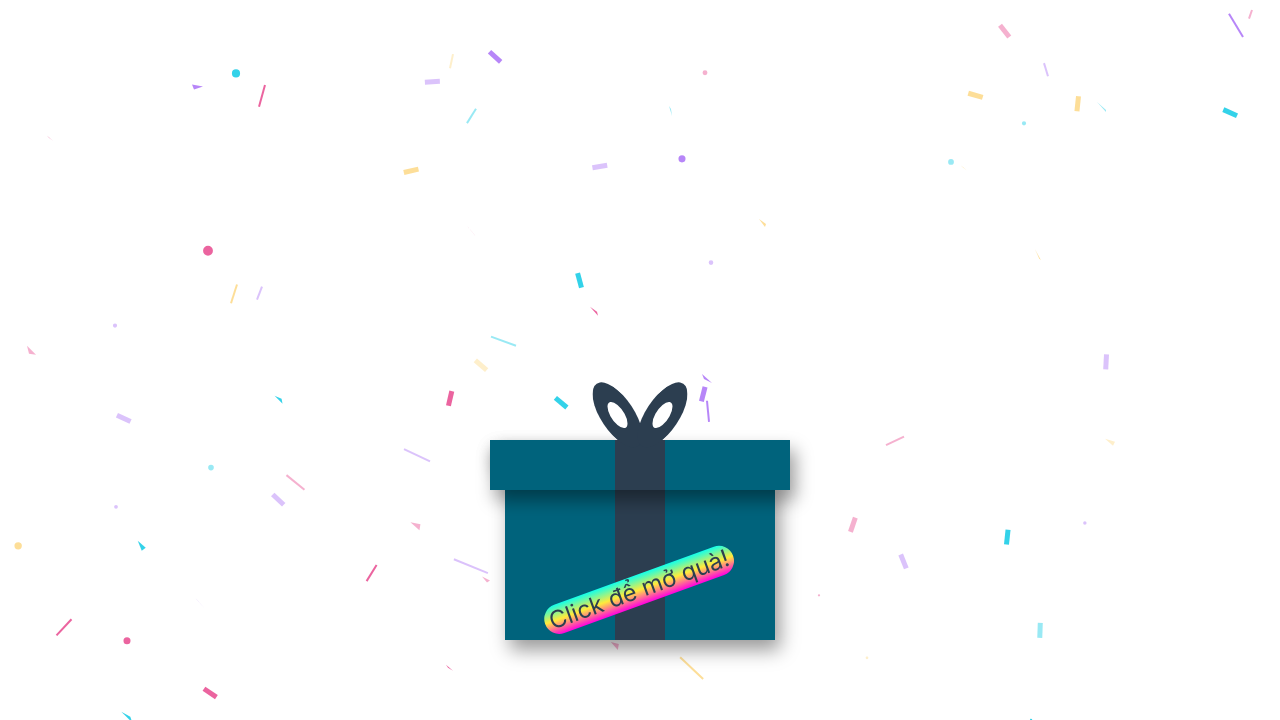
Repository: trongnghia161001/birth_day
Page: index.html
An editor plug-in stored every save of this project. The page is shown before and after the next save, followed by the edit.
The browser window is 1280 px wide. The pictures show the whole page.

Above is the page before, as saved 2022-11-14 23:38:33.

### index.html
<!DOCTYPE html>
<html>

<head>
  <meta charset="utf-8" />
  <meta name="viewport" content="width=device-width" />
  <title>Happy Birthday!</title>

  <link rel="stylesheet" href="styles/flexbox-center-container.css" media="all">
  <link rel="stylesheet" href="styles/system-fonts.css" media="all">
  <link rel="stylesheet" href="styles/style.css" media="all">
</head>

<body>
  <canvas id=c></canvas>
  <canvas id="confetti"></canvas>
  <div class="container" id="count">
    <h1 id="head">Countdown to your birthday:</h1>
    <ul>
      <li><span id="day"></span>days</li>
      <li><span id="hour"></span>hours</li>
      <li><span id="minute"></span>minutes</li>
      <li><span id="second"></span>seconds</li>
    </ul>
  </div>
  <div id="merrywrap" class="merrywrap">
    <canvas id="snowfall"></canvas>
    <div class="giftbox">
      <div class="cover">
        <div></div>

      </div>
      <div id="show"></div>
    <div class="box"></div>
  </div>
</body>
<script src="scripts/confetti.min.js" charset="utf-8"></script>
<script src="scripts/index.js" charset="utf-8"></script>
</html>

### styles/style.css
* {
  box-sizing: border-box;
  margin: 0;
  padding: 0;
}
canvas {
  position: absolute;
  top: 0;
  left: 0;
}
body {
  background: #ffffff;
  overflow: hidden;
}
.container {
  color: rgba(55, 59, 65, 0.8);
  font-family: Helvetica, sans-serif;
  font-weight: lighter;
  text-align: center;
}

h1 {
  font-weight: normal;
}
li {
  display: inline-block;
  font-size: 1.5em;
  list-style-type: none;
  padding: 1em;
  text-transform: uppercase;
}
li span {
  display: block;
  font-size: 4.5rem;
}
.merrywrap {
  position: absolute;
  right: 40px;
  left: 40px;
  bottom: 80px;
  top: 40px;
}
.giftbox {
  position: absolute;
  width: 300px;
  height: 200px;
  left: 50%;
  margin-left: -150px;
  bottom: 0;
  z-index: 10;
}


.giftbox > div {
  background: rgb(0, 99, 124);
  position: absolute;
  box-shadow: 5px 10px 18px rgba(0, 0, 0, 0.4);
}

.giftbox:hover > div {
  box-shadow: none;
  transition: 0.5s all;
}

.giftbox > div:after, .giftbox > div:before {
  position: absolute;
  content: "";
  top: 0;
}
.giftbox:after {
  position: absolute;
  color: #2C3E50;
  width: 100%;
  content: "Click để mở quà!";
  left: 50px;
  bottom: 0;
  font-size: 24px;
  text-align: center;
  transform: rotate(-20deg);
  transform-origin: 0 0;
  background: linear-gradient(#14ffe9, #ffeb3b, #ff00e0);
  height: 30px;
  width: 200px;
  border-radius: 50px;
  cursor: pointer;
}

.giftbox .cover {
  width: 100%;
  top: 0;
  left: 0;
  height: 25%;
  z-index: 2;
}
.giftbox .cover:before {
  position: absolute;
  height: 100%;
  left: 50%;
  width: 50px;
  transform: translateX(-50%);
  background: #2C3E50;
}
.giftbox .cover > div {
  position: absolute;
  width: 50px;
  height: 50px;
  left: 50%;
  top: -50px;
  transform: translateX(-50%);
}
.giftbox .cover > div:before, .giftbox .cover > div:after {
  position: absolute;
  left: 0;
  top: 0;
  width: 100%;
  height: 100%;
  content: "";
  box-shadow: inset 0 0 0 15px #2C3E50;
  border-radius: 30px;
  transform-origin: 50% 100%;
}
.giftbox .cover > div:before {
  transform: translateX(-45%) skewY(40deg);
}
.giftbox .cover > div:after {
  transform: translateX(45%) skewY(-40deg);
}
.giftbox .box {
  right: 5%;
  left: 5%;
  height: 80%;
  bottom: 0;
}
.giftbox .box:before {
  width: 50px;
  height: 100%;
  left: 50%;
  transform: translateX(-50%);
  background: #2C3E50;
}
.giftbox .box:after {
  width: 100%;
  height: 30px;
  background: rgba(0, 0, 0, 0);
}
.step-1 .giftbox {
  animation: wobble 0.5s linear infinite forwards;
}
.step-1 .cover {
  animation: wobble 0.5s linear infinite 5s forwards;
}
.step-1 .icons .row span {
  opacity: 1;
}
.step-2 .giftbox:after {
  opacity: 0;
}
.step-3 .giftbox, .step-4 .giftbox {
  opacity: 0;
  z-index: 1;
}
.step-3 .giftbox:after, .step-4 .giftbox:after {
  opacity: 0;
}
.step-2 .giftbox .cover {
  animation: flyUp 2s ease-in forwards;
}
.step-2 .giftbox .box {
  animation: flyDown 2s ease-in 0.05s forwards;
}
@keyframes wobble {
  25% {
      transform: rotate(4deg);
 }
  75% {
      transform: rotate(-2deg);
 }
}
@keyframes flyUp {
  75% {
      opacity: 1;
 }
  100% {
      transform: translateY(-1000px) rotate(20deg);
      opacity: 0;
 }
}
@keyframes flyDown {
  75% {
      opacity: 1;
 }
  100% {
      transform: translateY(100%);
      opacity: 0;
 }
}

### scripts/index.js
const count = document.getElementById('count');
const head = document.getElementById('head');
const giftbox = document.getElementById('merrywrap');
const canvasC = document.getElementById('c');

const config = {
  birthdate: 'November 14, 2022',
  name: 'Nguyễn Thị Quỳnh Nhi'
};

var htmlObj = document.getElementById('show');
htmlObj.innerHTML = htmlObj.innerHTML + '<p>Nội dung cần bổ sung</p>';

function hideEverything() {
  head.style.display = 'none';
  count.style.display = 'none';
  giftbox.style.display = 'none';
  canvasC.style.display = 'none';
}

hideEverything();

const confettiSettings = { target: 'confetti' };
const confetti = new window.ConfettiGenerator(confettiSettings);
confetti.render();

const second = 1000,
  minute = second * 60,
  hour = minute * 60,
  day = hour * 24;

let countDown = new Date(`${config.birthdate} 00:00:00`).getTime();
x = setInterval(function () {
  let now = new Date().getTime(),
    distance = countDown - now;

  document.getElementById('day').innerText = Math.floor(distance / day);
  document.getElementById('hour').innerText = Math.floor(
    (distance % day) / hour
  );
  document.getElementById('minute').innerText = Math.floor(
    (distance % hour) / minute
  );
  document.getElementById('second').innerText = Math.floor(
    (distance % minute) / second
  );

  let w = (c.width = window.innerWidth),
    h = (c.height = window.innerHeight),
    ctx = c.getContext('2d'),
    hw = w / 2, // half-width
    hh = h / 2,
    opts = {
      strings: ['HAPPY', 'BIRTHDAY!', config.name],
      charSize: 30,
      charSpacing: 35,
      lineHeight: 40,
      cx: w / 2,
      cy: h / 2,

      fireworkPrevPoints: 10,
      fireworkBaseLineWidth: 5,
      fireworkAddedLineWidth: 8,
      fireworkSpawnTime: 200,
      fireworkBaseReachTime: 30,
      fireworkAddedReachTime: 30,
      fireworkCircleBaseSize: 20,
      fireworkCircleAddedSize: 10,
      fireworkCircleBaseTime: 30,
      fireworkCircleAddedTime: 30,
      fireworkCircleFadeBaseTime: 10,
      fireworkCircleFadeAddedTime: 5,
      fireworkBaseShards: 5,
      fireworkAddedShards: 5,
      fireworkShardPrevPoints: 3,
      fireworkShardBaseVel: 4,
      fireworkShardAddedVel: 2,
      fireworkShardBaseSize: 3,
      fireworkShardAddedSize: 3,
      gravity: 0.1,
      upFlow: -0.1,
      letterContemplatingWaitTime: 360,
      balloonSpawnTime: 20,
      balloonBaseInflateTime: 10,
      balloonAddedInflateTime: 10,
      balloonBaseSize: 20,
      balloonAddedSize: 20,
      balloonBaseVel: 0.4,
      balloonAddedVel: 0.4,
      balloonBaseRadian: -(Math.PI / 2 - 0.5),
      balloonAddedRadian: -1
    },
    calc = {
      totalWidth:
        opts.charSpacing *
        Math.max(opts.strings[0].length, opts.strings[1].length)
    },
    Tau = Math.PI * 2,
    TauQuarter = Tau / 4,
    letters = [];

  ctx.font = opts.charSize + 'px Verdana';

  function Letter(char, x, y) {
    this.char = char;
    this.x = x;
    this.y = y;

    this.dx = -ctx.measureText(char).width / 2;
    this.dy = +opts.charSize / 2;

    this.fireworkDy = this.y - hh;

    let hue = (x / calc.totalWidth) * 360;

    this.color = 'hsl(hue,80%,50%)'.replace('hue', hue);
    this.lightAlphaColor = 'hsla(hue,80%,light%,alp)'.replace('hue', hue);
    this.lightColor = 'hsl(hue,80%,light%)'.replace('hue', hue);
    this.alphaColor = 'hsla(hue,80%,50%,alp)'.replace('hue', hue);

    this.reset();
  }
  Letter.prototype.reset = function () {
    this.phase = 'firework';
    this.tick = 0;
    this.spawned = false;
    this.spawningTime = (opts.fireworkSpawnTime * Math.random()) | 0;
    this.reachTime =
      (opts.fireworkBaseReachTime +
        opts.fireworkAddedReachTime * Math.random()) |
      0;
    this.lineWidth =
      opts.fireworkBaseLineWidth + opts.fireworkAddedLineWidth * Math.random();
    this.prevPoints = [[0, hh, 0]];
  };
  Letter.prototype.step = function () {
    if (this.phase === 'firework') {
      if (!this.spawned) {
        ++this.tick;
        if (this.tick >= this.spawningTime) {
          this.tick = 0;
          this.spawned = true;
        }
      } else {
        ++this.tick;

        let linearProportion = this.tick / this.reachTime,
          armonicProportion = Math.sin(linearProportion * TauQuarter),
          x = linearProportion * this.x,
          y = hh + armonicProportion * this.fireworkDy;

        if (this.prevPoints.length > opts.fireworkPrevPoints)
          this.prevPoints.shift();

        this.prevPoints.push([x, y, linearProportion * this.lineWidth]);

        let lineWidthProportion = 1 / (this.prevPoints.length - 1);

        for (let i = 1; i < this.prevPoints.length; ++i) {
          let point = this.prevPoints[i],
            point2 = this.prevPoints[i - 1];

          ctx.strokeStyle = this.alphaColor.replace(
            'alp',
            i / this.prevPoints.length
          );
          ctx.lineWidth = point[2] * lineWidthProportion * i;
          ctx.beginPath();
          ctx.moveTo(point[0], point[1]);
          ctx.lineTo(point2[0], point2[1]);
          ctx.stroke();
        }

        if (this.tick >= this.reachTime) {
          this.phase = 'contemplate';

          this.circleFinalSize =
            opts.fireworkCircleBaseSize +
            opts.fireworkCircleAddedSize * Math.random();
          this.circleCompleteTime =
            (opts.fireworkCircleBaseTime +
              opts.fireworkCircleAddedTime * Math.random()) |
            0;
          this.circleCreating = true;
          this.circleFading = false;

          this.circleFadeTime =
            (opts.fireworkCircleFadeBaseTime +
              opts.fireworkCircleFadeAddedTime * Math.random()) |
            0;
          this.tick = 0;
          this.tick2 = 0;

          this.shards = [];

          let shardCount =
              (opts.fireworkBaseShards +
                opts.fireworkAddedShards * Math.random()) |
              0,
            angle = Tau / shardCount,
            cos = Math.cos(angle),
            sin = Math.sin(angle),
            x = 1,
            y = 0;

          for (let i = 0; i < shardCount; ++i) {
            let x1 = x;
            x = x * cos - y * sin;
            y = y * cos + x1 * sin;

            this.shards.push(new Shard(this.x, this.y, x, y, this.alphaColor));
          }
        }
      }
    } else if (this.phase === 'contemplate') {
      ++this.tick;

      if (this.circleCreating) {
        ++this.tick2;
        let proportion = this.tick2 / this.circleCompleteTime,
          armonic = -Math.cos(proportion * Math.PI) / 2 + 0.5;

        ctx.beginPath();
        ctx.fillStyle = this.lightAlphaColor
          .replace('light', 50 + 50 * proportion)
          .replace('alp', proportion);
        ctx.beginPath();
        ctx.arc(this.x, this.y, armonic * this.circleFinalSize, 0, Tau);
        ctx.fill();

        if (this.tick2 > this.circleCompleteTime) {
          this.tick2 = 0;
          this.circleCreating = false;
          this.circleFading = true;
        }
      } else if (this.circleFading) {
        ctx.fillStyle = this.lightColor.replace('light', 70);
        ctx.fillText(this.char, this.x + this.dx, this.y + this.dy);

        ++this.tick2;
        let proportion = this.tick2 / this.circleFadeTime,
          armonic = -Math.cos(proportion * Math.PI) / 2 + 0.5;

        ctx.beginPath();
        ctx.fillStyle = this.lightAlphaColor
          .replace('light', 100)
          .replace('alp', 1 - armonic);
        ctx.arc(this.x, this.y, this.circleFinalSize, 0, Tau);
        ctx.fill();

        if (this.tick2 >= this.circleFadeTime) this.circleFading = false;
      } else {
        ctx.fillStyle = this.lightColor.replace('light', 70);
        ctx.fillText(this.char, this.x + this.dx, this.y + this.dy);
      }

      for (let i = 0; i < this.shards.length; ++i) {
        this.shards[i].step();

        if (!this.shards[i].alive) {
          this.shards.splice(i, 1);
          --i;
        }
      }

      if (this.tick > opts.letterContemplatingWaitTime) {
        this.phase = 'balloon';

        this.tick = 0;
        this.spawning = true;
        this.spawnTime = (opts.balloonSpawnTime * Math.random()) | 0;
        this.inflating = false;
        this.inflateTime =
          (opts.balloonBaseInflateTime +
            opts.balloonAddedInflateTime * Math.random()) |
          0;
        this.size =
          (opts.balloonBaseSize + opts.balloonAddedSize * Math.random()) | 0;

        let rad =
            opts.balloonBaseRadian + opts.balloonAddedRadian * Math.random(),
          vel = opts.balloonBaseVel + opts.balloonAddedVel * Math.random();

        this.vx = Math.cos(rad) * vel;
        this.vy = Math.sin(rad) * vel;
      }
    } else if (this.phase === 'balloon') {
      ctx.strokeStyle = this.lightColor.replace('light', 80);

      if (this.spawning) {
        ++this.tick;
        ctx.fillStyle = this.lightColor.replace('light', 70);
        ctx.fillText(this.char, this.x + this.dx, this.y + this.dy);

        if (this.tick >= this.spawnTime) {
          this.tick = 0;
          this.spawning = false;
          this.inflating = true;
        }
      } else if (this.inflating) {
        ++this.tick;

        let proportion = this.tick / this.inflateTime,
          x = (this.cx = this.x),
          y = (this.cy = this.y - this.size * proportion);

        ctx.fillStyle = this.alphaColor.replace('alp', proportion);
        ctx.beginPath();
        generateBalloonPath(x, y, this.size * proportion);
        ctx.fill();

        ctx.beginPath();
        ctx.moveTo(x, y);
        ctx.lineTo(x, this.y);
        ctx.stroke();

        ctx.fillStyle = this.lightColor.replace('light', 70);
        ctx.fillText(this.char, this.x + this.dx, this.y + this.dy);

        if (this.tick >= this.inflateTime) {
          this.tick = 0;
          this.inflating = false;
        }
      } else {
        this.cx += this.vx;
        this.cy += this.vy += opts.upFlow;

        ctx.fillStyle = this.color;
        ctx.beginPath();
        generateBalloonPath(this.cx, this.cy, this.size);
        ctx.fill();

        ctx.beginPath();
        ctx.moveTo(this.cx, this.cy);
        ctx.lineTo(this.cx, this.cy + this.size);
        ctx.stroke();

        ctx.fillStyle = this.lightColor.replace('light', 70);
        ctx.fillText(
          this.char,
          this.cx + this.dx,
          this.cy + this.dy + this.size
        );

        if (this.cy + this.size < -hh || this.cx < -hw || this.cy > hw)
          this.phase = 'done';
      }
    }
  };

  function Shard(x, y, vx, vy, color) {
    let vel =
      opts.fireworkShardBaseVel + opts.fireworkShardAddedVel * Math.random();

    this.vx = vx * vel;
    this.vy = vy * vel;

    this.x = x;
    this.y = y;

    this.prevPoints = [[x, y]];
    this.color = color;

    this.alive = true;

    this.size =
      opts.fireworkShardBaseSize + opts.fireworkShardAddedSize * Math.random();
  }
  Shard.prototype.step = function () {
    this.x += this.vx;
    this.y += this.vy += opts.gravity;

    if (this.prevPoints.length > opts.fireworkShardPrevPoints)
      this.prevPoints.shift();

    this.prevPoints.push([this.x, this.y]);

    let lineWidthProportion = this.size / this.prevPoints.length;

    for (let k = 0; k < this.prevPoints.length - 1; ++k) {
      let point = this.prevPoints[k],
        point2 = this.prevPoints[k + 1];

      ctx.strokeStyle = this.color.replace('alp', k / this.prevPoints.length);
      ctx.lineWidth = k * lineWidthProportion;
      ctx.beginPath();
      ctx.moveTo(point[0], point[1]);
      ctx.lineTo(point2[0], point2[1]);
      ctx.stroke();
    }

    if (this.prevPoints[0][1] > hh) this.alive = false;
  };

  function generateBalloonPath(x, y, size) {
    ctx.moveTo(x, y);
    ctx.bezierCurveTo(
      x - size / 2,
      y - size / 2,
      x - size / 4,
      y - size,
      x,
      y - size
    );
    ctx.bezierCurveTo(x + size / 4, y - size, x + size / 2, y - size / 2, x, y);
  }

  function anim() {
    window.requestAnimationFrame(anim);

    ctx.fillStyle = '#fff';
    ctx.fillRect(0, 0, w, h);

    ctx.translate(hw, hh);

    let done = true;
    for (let l = 0; l < letters.length; ++l) {
      letters[l].step();
      if (letters[l].phase !== 'done') done = false;
    }

    ctx.translate(-hw, -hh);

    if (done) for (let l = 0; l < letters.length; ++l) letters[l].reset();
  }

  for (let i = 0; i < opts.strings.length; ++i) {
    for (let j = 0; j < opts.strings[i].length; ++j) {
      letters.push(
        new Letter(
          opts.strings[i][j],
          j * opts.charSpacing +
            opts.charSpacing / 2 -
            (opts.strings[i].length * opts.charSize) / 2,
          i * opts.lineHeight +
            opts.lineHeight / 2 -
            (opts.strings.length * opts.lineHeight) / 2
        )
      );
    }
  }

  window.addEventListener('resize', function () {
    w = c.width = window.innerWidth;
    h = c.height = window.innerHeight;

    hw = w / 2;
    hh = h / 2;

    ctx.font = opts.charSize + 'px Verdana';
  });

  if (distance > 0) {
    head.style.display = 'initial';
    count.style.display = 'initial';
  } else {
    head.style.display = 'none';
    count.style.display = 'none';
    giftbox.style.display = 'initial';
    clearInterval(x);
    let merrywrap = document.getElementById('merrywrap');
    let box = merrywrap.getElementsByClassName('giftbox')[0];
    let step = 1;
    let stepMinutes = [2000, 2000, 1000, 1000];

    function init() {
      box.addEventListener('click', openBox, false);
      box.addEventListener('click', showfireworks, false);
    }

    function stepClass(step) {
      merrywrap.className = 'merrywrap';
      merrywrap.className = 'merrywrap step-' + step;
    }

    function openBox() {
      if (step === 1) {
        box.removeEventListener('click', openBox, false);
      }
      stepClass(step);
      if (step === 3) {
      }
      if (step === 4) {
        return;
      }
      setTimeout(openBox, stepMinutes[step - 1]);
      step++;
      //   setTimeout(anim, 1900);
    }

    function showfireworks() {
      canvasC.style.display = 'initial';
      setTimeout(anim, 1500);
    }

    init();
  }

  // if (distance < 0) {
  //     clearInterval(x);
  //     console.log("happy birthday");
  // }
}, second);

Loaded but not shown: styles/flexbox-center-container.css (common file); styles/system-fonts.css (common file); scripts/confetti.min.js (library)

After the next save:
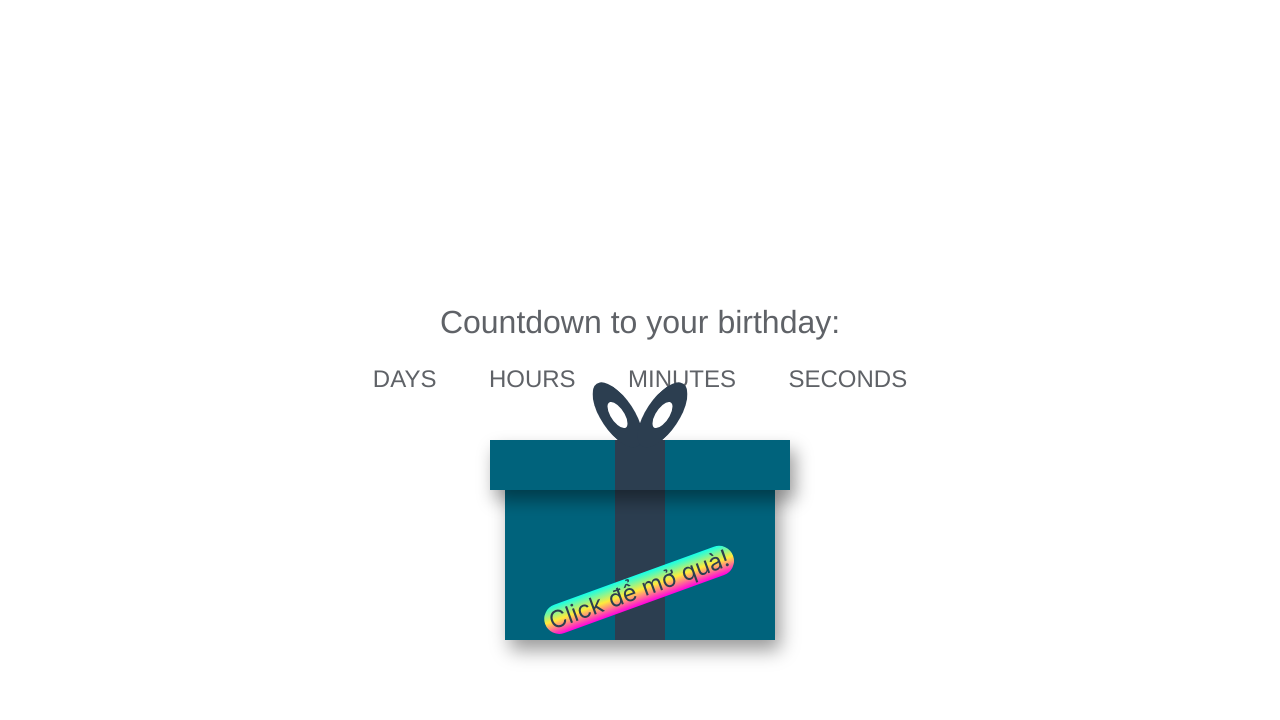
Console error: TypeError: Cannot read properties of null (reading 'innerHTML')
Saved 39 s later.
--- a/index.html
+++ b/index.html
@@ -28,9 +28,7 @@
     <div class="giftbox">
       <div class="cover">
         <div></div>
-
       </div>
-      <div id="show"></div>
     <div class="box"></div>
   </div>
 </body>

After the 3 saves that followed:
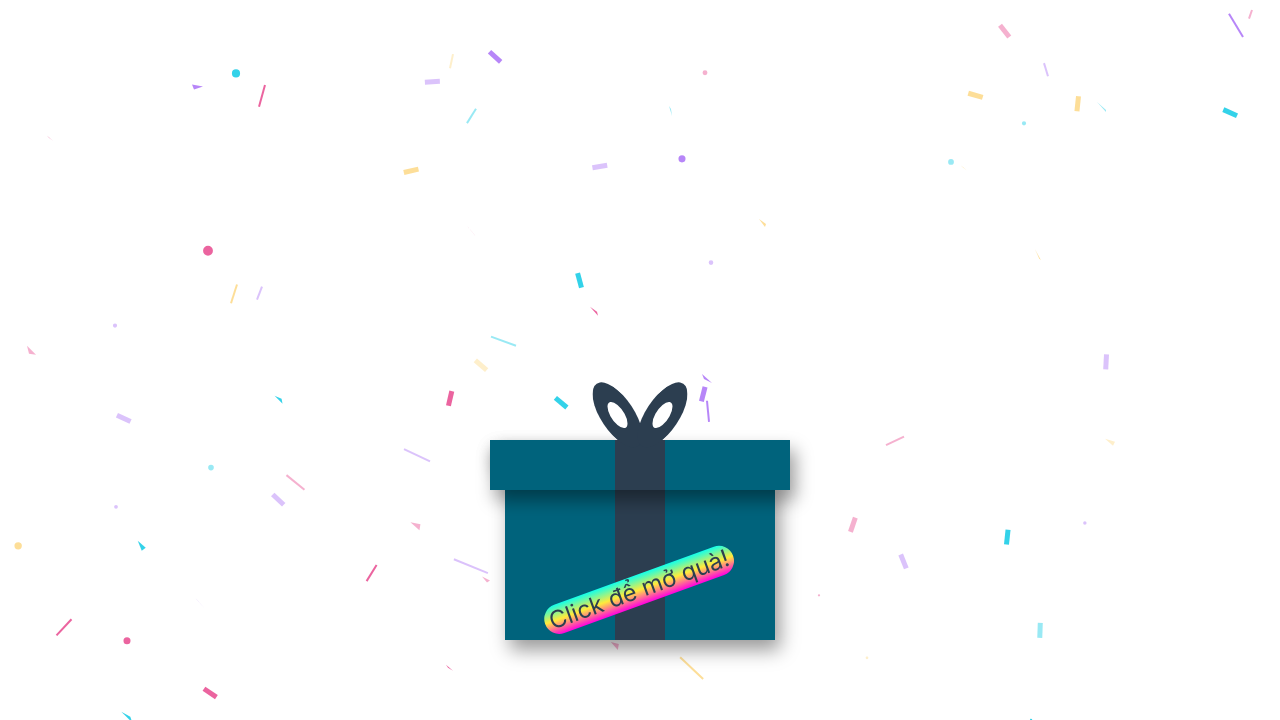
The error is gone.
The 3 saves are shown as one change because 2 left the picture as it was.
The last was saved 55 s later.
--- a/index.html
+++ b/index.html
@@ -28,7 +28,9 @@
     <div class="giftbox">
       <div class="cover">
         <div></div>
+
       </div>
+      <div id="show"></div>
     <div class="box"></div>
   </div>
 </body>
